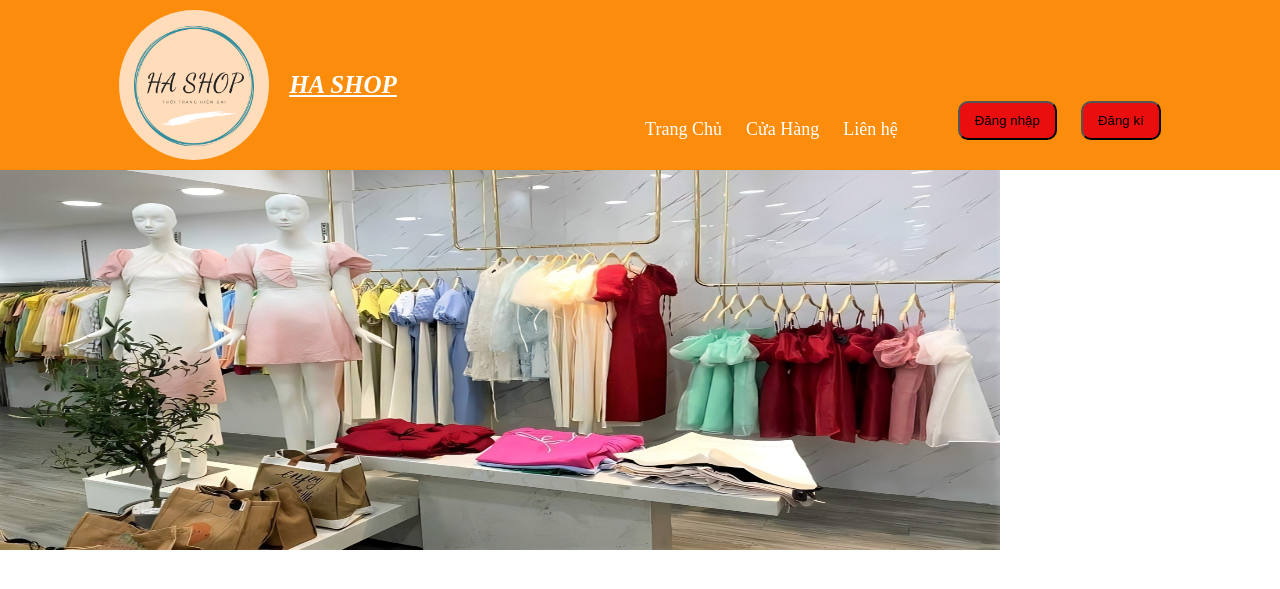
Repository: manhhieu120499/demo_page
Page: trangchu.html
The author's editor kept a copy of each file at every save. The page is drawn from the files as they stood at one save, then again after the next save.
The browser window is 1280 px wide. The pictures show the whole page.

Above is the page before, as saved 2023-03-04 10:07:23.

### trangchu.html
<!DOCTYPE html>
<html lang="en">

<head>
    <meta charset="UTF-8" />
    <meta http-equiv="X-UA-Compatible" content="IE=edge" />
    <meta name="viewport" content="width=device-width, initial-scale=1.0" />
    <title>Document</title>
    <link rel="stylesheet" href="./style_trangchu.css">
</head>

<body>
    <div class="wrap">
        <div class="header">
            <div class="left-header">
                <img src="./Thời trang hiện dại.png" alt="logo_shop" class="picture"/>
                <h2 class="shop_name">HA SHOP</h2>
            </div>

            <div class="right-header">
                <div class="link">
                    <a href="#">Trang Chủ</a>
                    <a href="#">Cửa Hàng</a>
                    <a href="#">Liên hệ</a>
                </div>
                 <div class="btn">
                     <button>Đăng nhập</button>
                     <button>Đăng kí</button>
                 </div>
            </div>
        </div>

        <div class="slide_bar">
            <img src="./slide.jpg" alt="slide_picture">
        </div>


</body>

</html>

### style_trangchu.css
* {
    margin: 0;
    box-sizing: border-box;
}


.header {
    background-color: #FC8D0C;
    display: flex;
    justify-content: space-around;
    position: fixed;
    width: 100%;
    top: 0;
    left: 0;
    padding: 10px 0;
}

.left-header {
    display: flex;
    align-items: center;
    gap: 20px;
}

.left-header .picture {
    width: 150px;
    height: 150px;
    border-radius: 50%;
}

.left-header .shop_name {
    color: white;
    font-size: 25px;
    text-decoration: underline;
    font-style: italic;
}

.right-header .link > a {
    color: white;
    text-decoration: none;
    font-size: 18px;
    padding: 0 10px;
}

.right-header {
    display: flex;
    align-items: flex-end;
    margin-bottom: 20px;
    gap: 30px;
}

.right-header .btn > button {
    background-color: #EA0E0E;
    padding: 10px 15px;
    border-radius: 10px;
    margin-left: 20px;
}

/* slide bar*/
.slide_bar {
    margin-top: 150px;
}
.slide_bar > img{
    width: 1000px;
    height: 400px;
}

After the next save:
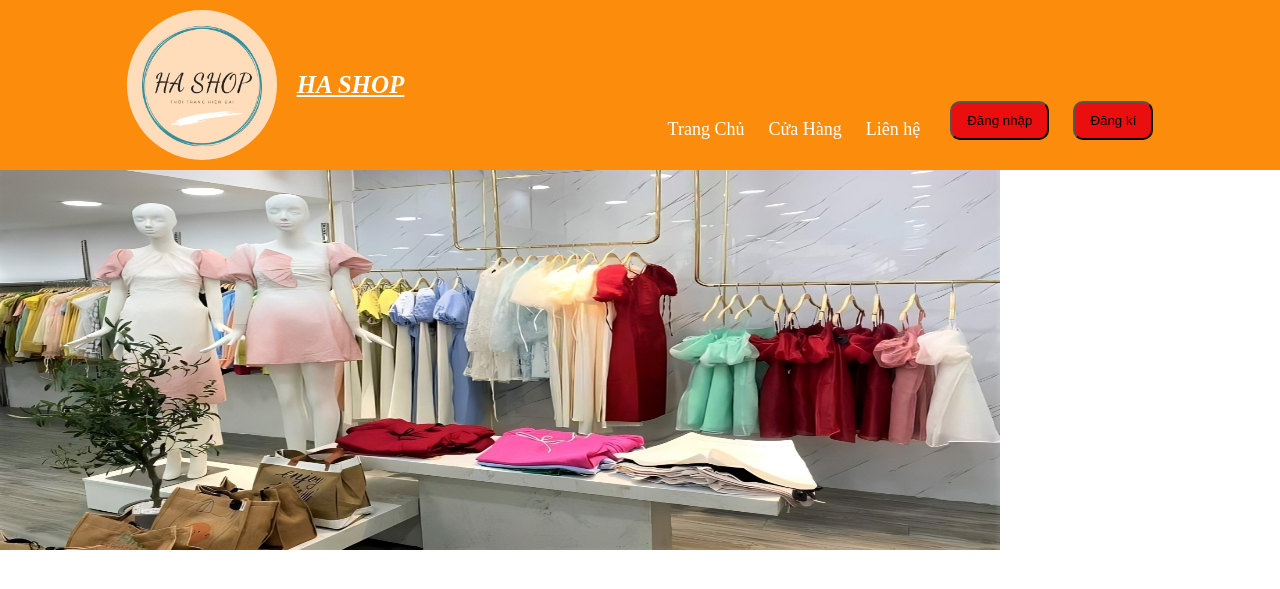
Saved 8 s later.
--- a/style_trangchu.css
+++ b/style_trangchu.css
@@ -45,7 +45,7 @@
     display: flex;
     align-items: flex-end;
     margin-bottom: 20px;
-    gap: 30px;
+    jus
 }
 
 .right-header .btn > button {
